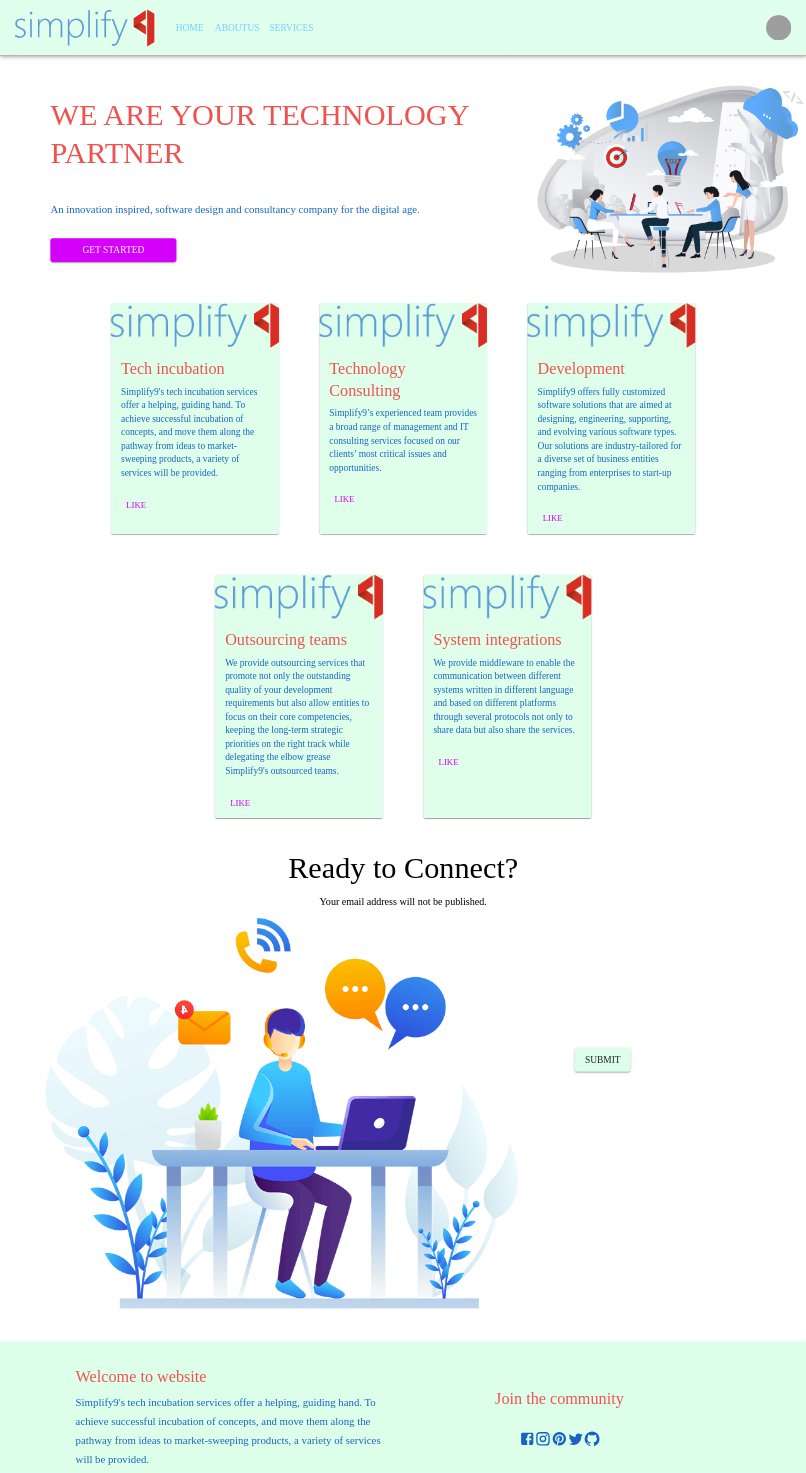
Repository: fawzi-shiyyab19/simplify
Page: /
These files come from the project's save history. The page is drawn as it stood at one moment and after a run of saves; the edit follows.
The browser window is 1280 px wide. The pictures show the whole page, at 63% of full size.
Pictures or frames that could not be fetched are drawn as grey boxes. The project was rebuilt for these pictures with package versions that can differ from the ones it lists, and the page was loaded fresh each time.

Above is the page before, as saved 2023-01-18 15:20:06.

After the next 2 saves:
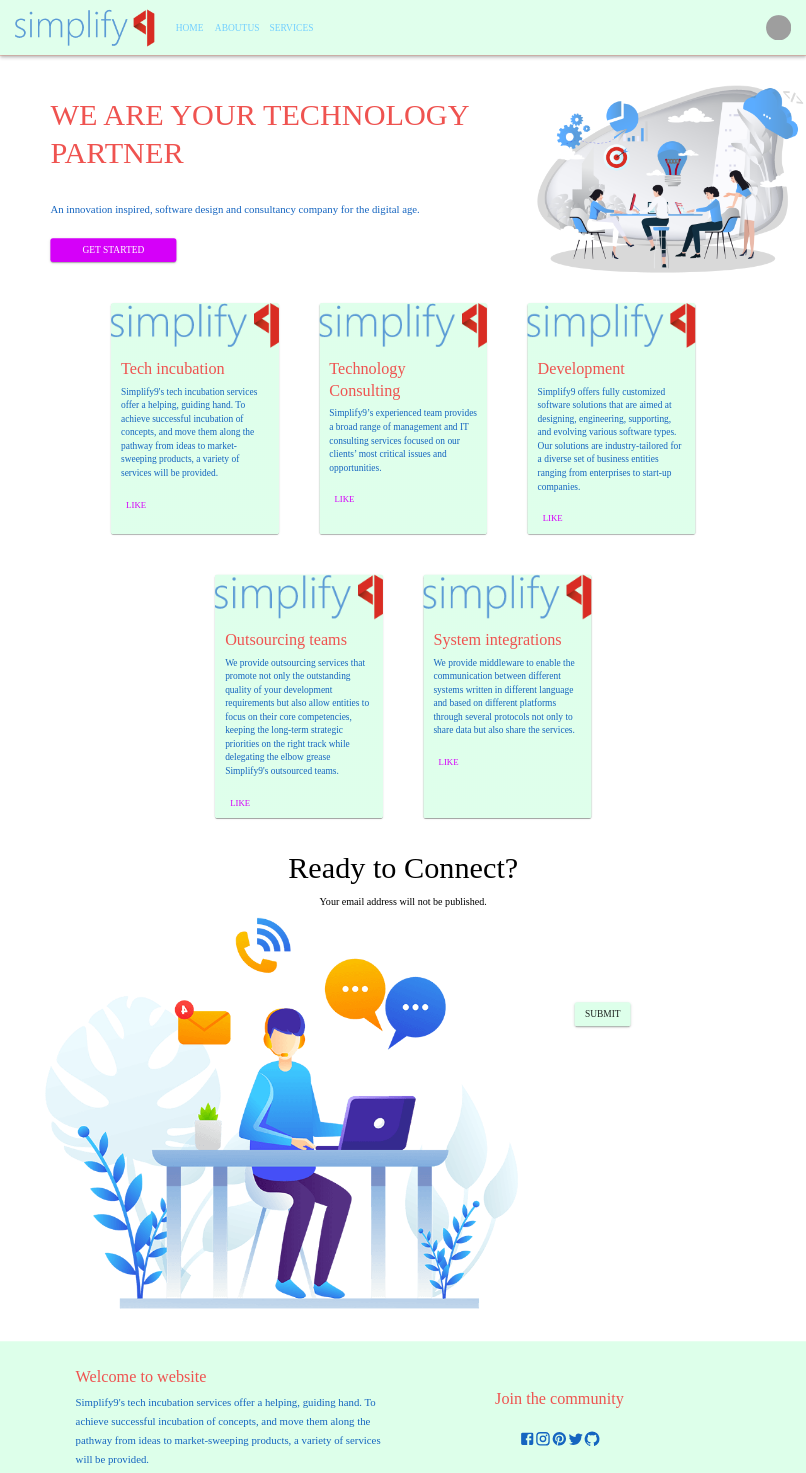
The 2 saves are shown as one change because 1 did not build or start.
The last was saved 23 s later.
--- a/src/components/main/about/about.js
+++ b/src/components/main/about/about.js
@@ -1,4 +1,4 @@
-import { Button, Grid, Typography, TextField, Box, Input  } from "@mui/material";
+import { Button, Grid, Typography, Box, Input  } from "@mui/material";
 import React from "react";
 import { useFormik } from "formik";
 import Acontact from "../../../assets/contact.png";
@@ -62,7 +62,7 @@ function AboutProject() {
         <Grid item xs={5}>
 
 
-              <TextField
+              <Input
                 name="yourName"
                 placeholder={"Your Name*"}
 
@@ -72,7 +72,7 @@ function AboutProject() {
               />
               <Typography>{formik.errors.yourName}</Typography>
 
-              <TextField
+              <Input
                 placeholder={"Your email address*"}
                 name="yourEmail"
                 onChange={formik.handleChange}
@@ -81,7 +81,7 @@ function AboutProject() {
               />
               <Typography>{formik.errors.yourEmail}</Typography>
 
-              <TextField
+              <Input
                 placeholder={"Your phone number*"}
                 name="yourPhone"
                 onChange={formik.handleChange}
